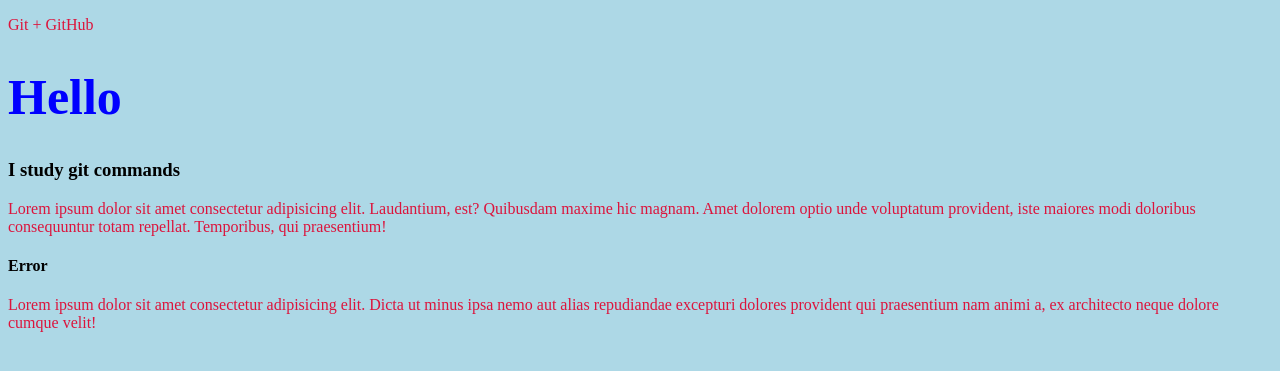
Repository: yshpishak/GitTest
Page: index.html
These files come from the project's save history. The page is drawn as it stood at one moment and after the next save; the edit follows.
The browser window is 1280 px wide. The pictures show the whole page.

Above is the page before, as saved 2020-12-02 21:17:19.

### index.html
<!DOCTYPE html>
<html lang="en">
<head>
    <meta charset="UTF-8">
    <title>Работа с GIT</title>
    <link rel="stylesheet" href="/css/style.css">
</head>
<body>
    <p>Git + GitHub</p>
    <h1>Hello</h1>
    <h3>I study git commands</h3>
    <p>Lorem ipsum dolor sit amet consectetur adipisicing elit. Laudantium, est? Quibusdam maxime hic magnam. Amet dolorem optio unde voluptatum provident, iste maiores modi doloribus consequuntur totam repellat. Temporibus, qui praesentium!</p>
    <h4>Error</h4>
    <p>Lorem ipsum dolor sit amet consectetur adipisicing elit. Dicta ut minus ipsa nemo aut alias repudiandae excepturi dolores provident qui praesentium nam animi a, ex architecto neque dolore cumque velit!</p>
</body>
</html>

### css/style.css
body  {
    background-color: lightblue;
}
p  {
    color: crimson;
}
h1  {
    font-size: 50px;
    color: blue;
}
h2  {
    font-size: 50px;
    color: blue;
}

After the next save:
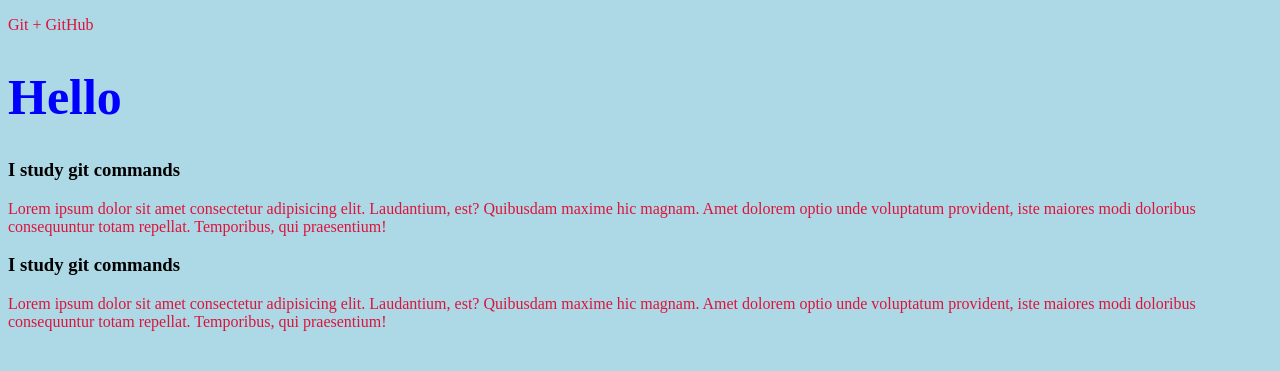
Saved 5 s later.
--- a/index.html
+++ b/index.html
@@ -9,8 +9,9 @@
     <p>Git + GitHub</p>
     <h1>Hello</h1>
     <h3>I study git commands</h3>
-    <p>Lorem ipsum dolor sit amet consectetur adipisicing elit. Laudantium, est? Quibusdam maxime hic magnam. Amet dolorem optio unde voluptatum provident, iste maiores modi doloribus consequuntur totam repellat. Temporibus, qui praesentium!</p>
-    <h4>Error</h4>
-    <p>Lorem ipsum dolor sit amet consectetur adipisicing elit. Dicta ut minus ipsa nemo aut alias repudiandae excepturi dolores provident qui praesentium nam animi a, ex architecto neque dolore cumque velit!</p>
+    <p>Lorem ipsum dolor sit amet  consectetur adipisicing elit. Laudantium, est? Quibusdam maxime hic magnam. Amet dolorem optio unde voluptatum provident, iste maiores modi doloribus consequuntur totam repellat. Temporibus, qui praesentium!</p>
+    <h3>I study git commands</h3>
+    <p>Lorem ipsum dolor sit amet  consectetur adipisicing elit. Laudantium, est? Quibusdam maxime hic magnam. Amet dolorem optio unde voluptatum provident, iste maiores modi doloribus consequuntur totam repellat. Temporibus, qui praesentium!</p>
+
 </body>
 </html>
